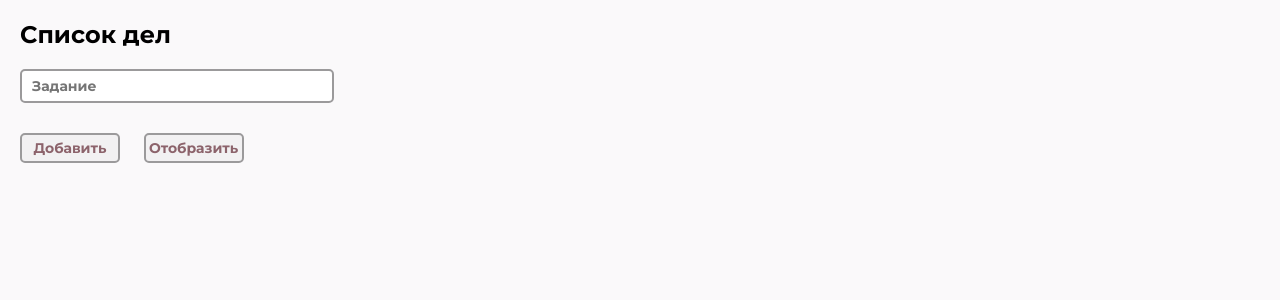
Repository: andbaik/it_unit9
Page: index.html
The author's editor kept a copy of each file at every save. The page is drawn from the files as they stood at one save, then again after the next save.
The browser window is 1280 px wide. The pictures show the whole page.
The pointer rests on the first visible `.btn`.

Above is the page before, as saved 2021-04-10 19:35:59.

### index.html
<!DOCTYPE html>
<html lang="ru">
<head>
    <meta charset="UTF-8">
    <meta http-equiv="X-UA-Compatible" content="IE=edge">
    <meta name="viewport" content="width=device-width, initial-scale=1.0">
    <title>Список дел</title>
    <link rel="stylesheet" href="/css/style.css">
</head>
<body>

    <head>
        <h1>Список дел</h1>
    </head>
    <section>
        <input type="text" name="task" id="task" placeholder="Задание">
        <div class="btn-block">
        <button class="add-task btn">Добавить</button>
        <button class="show-task btn">Отобразить</button>
        </div>
        <div class="result">Элемент был добавлен</div>
    </section>
</body>
</html>

### css/style.css
@import url('https://fonts.googleapis.com/css2?family=Montserrat:wght@400;700&display=swap');

* {
    margin: 0;
    padding: 0;
    font-family: 'Montserrat', sans-serif;
    font-size: 14px;
}

body {
    margin: 20px;
    background-color: #FAF9FA;

}

h1 {
    font-size: 24px;
}

input {
    width: 300px;
    height: 30px;
    border: 2px solid #9B9A9B;
    border-radius: 5px;
    color: #6B6A6B;
    outline: none;
    padding-left: 10px;
    font-weight: 700;
    margin: 20px 0;
}

input:focus{
    border-color: #8C636B;
    color: #8C636B;
}

section .btn-block{
    margin: 10px 0;
}

.btn {
    width: 100px;
    height: 30px;
    background-color: #F2F1F2;
    color: #8C636B;
    border: 2px solid #9B9A9B;
    border-radius: 5px;
    font-weight: 700;

}
.btn:hover {
    border
}

.show-task{
    margin-left: 20px;
}

.result {
    width: 300px;
    height: 30px;
    border: 2px solid #9B9A9B;
    border-radius: 5px;
    line-height: 30px;
    font-weight: 700;
    color: #848384;
    padding: 10px;
    margin: 30px 0;
    display: none;
}

.add-el{
    color: #5C5B5C;
}

After the next save:
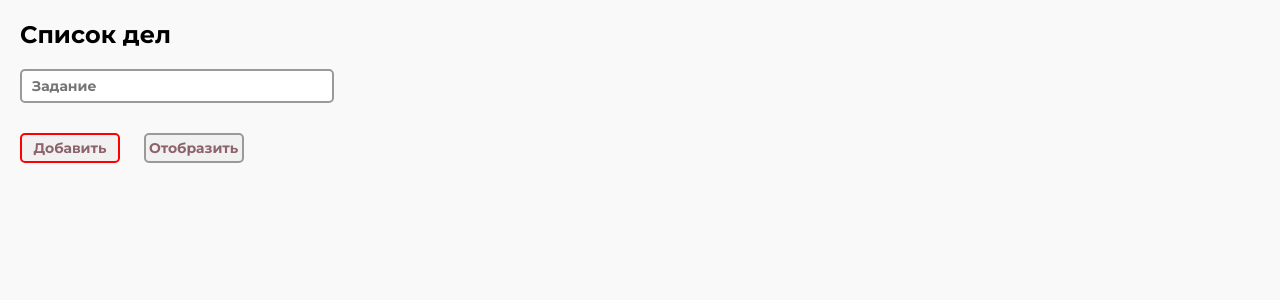
Saved 5 s later.
--- a/css/style.css
+++ b/css/style.css
@@ -49,7 +49,7 @@
 
 }
 .btn:hover {
-    border
+    border-color: red;
 }
 
 .show-task{
